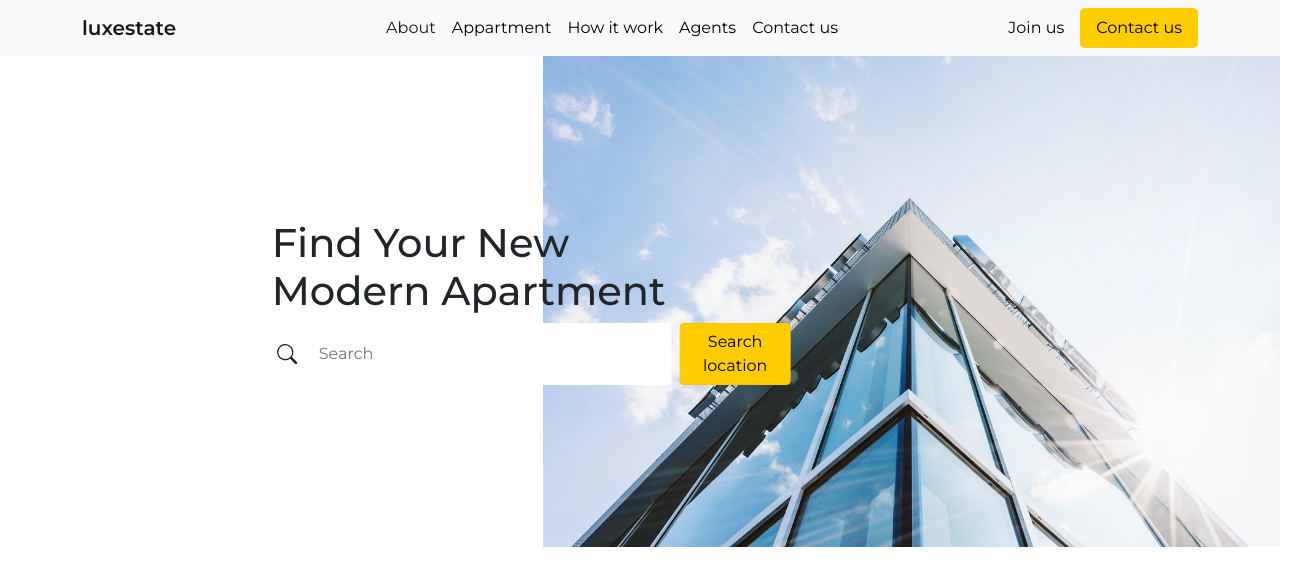
Repository: Toqa-25/luxstate
Page: index.html
These files come from the project's save history. The page is drawn as it stood at one moment and after the next save; the edit follows.
The browser window is 1280 px wide. The page is 1292 px wide, so the pictures cover 1292 px, including what lies to the right of the window. The pictures show the whole page.

Above is the page before, as saved 2021-06-07 18:54:00.

After the next save:
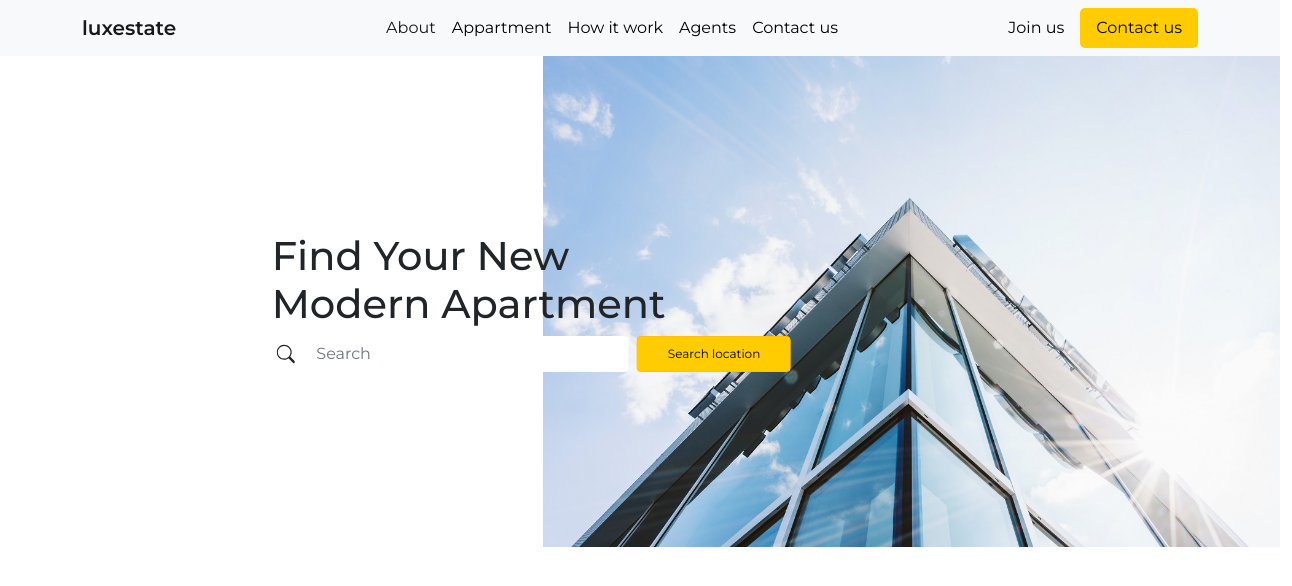
Saved 113 s later.
--- a/css/style.css
+++ b/css/style.css
@@ -31,6 +31,8 @@ body{
 }
 .header-text button{
     background: var(--main-color);
+    font-size: .75rem;
+    width: 45%;
 }
 .header-text .d-flex{
      ;
